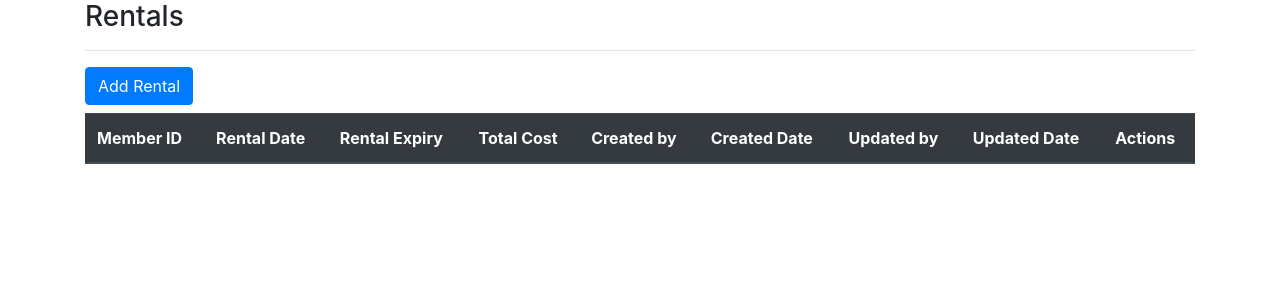
Repository: messimacky/Movie-Rental-System-Front-End
Page: /rentals
An editor plug-in stored every save of this project. The page is shown before and after the next save, followed by the edit.
The browser window is 1280 px wide. The pictures show the whole page.
The page's requests for data from a server got no answer. The project was rebuilt for these pictures with package versions that can differ from the ones it lists, and the page was loaded fresh each time. No one was signed in, and anything a server would have sent is missing. Also part of the build but not shown: src/services/movie.service.js, src/components/AddMovie.js, src/components/MoviesList.js, src/components/NotFound.js, src/components/login/Login.js, src/services/customer.service.js, src/components/AddCustomer.js, src/components/CustomerList.js and 4 more.

Above is the page before, as saved 2022-04-25 12:34:51.

After the next save:
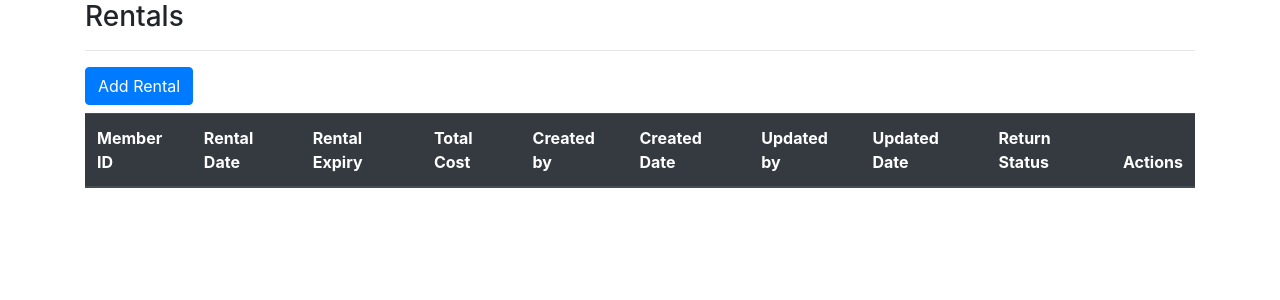
Saved 79 s later.
--- a/src/components/RentalsList.js
+++ b/src/components/RentalsList.js
@@ -58,7 +58,7 @@ const RentalsList = () => {
                             <th>Created Date</th>
                             <th>Updated by</th>
                             <th>Updated Date</th>
-
+                            <th> Return Status</th>
                             <th>Actions</th>
 
 
@@ -78,6 +78,7 @@ const RentalsList = () => {
                                     <td>{rental.creationDate}</td>
                                     <td>{rental.updatedBy}</td>
                                     <td>{rental.updatedDate}</td>
+                                    <td>{rental.isReturned}</td>
 
 
 
